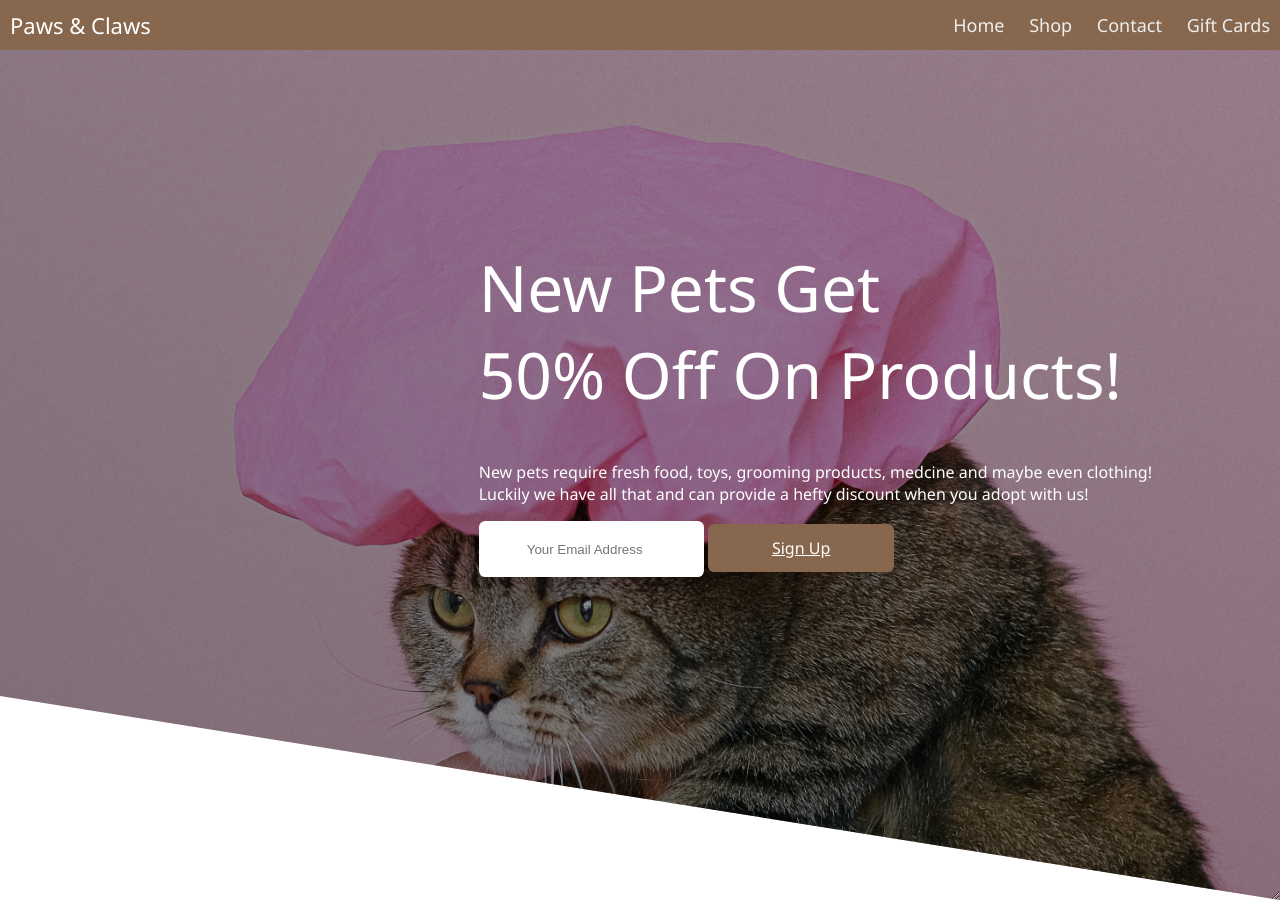
Repository: LtGriff/petProject
Page: dist/about.html
These files come from the project's save history. The page is drawn as it stood at one moment and after the next save; the edit follows.
The browser window is 1280 px wide. The pictures show the whole page.
Backgrounds fixed to the window are drawn as part of the page.

Above is the page before, as saved 2022-05-19 07:58:19.

After the next save:
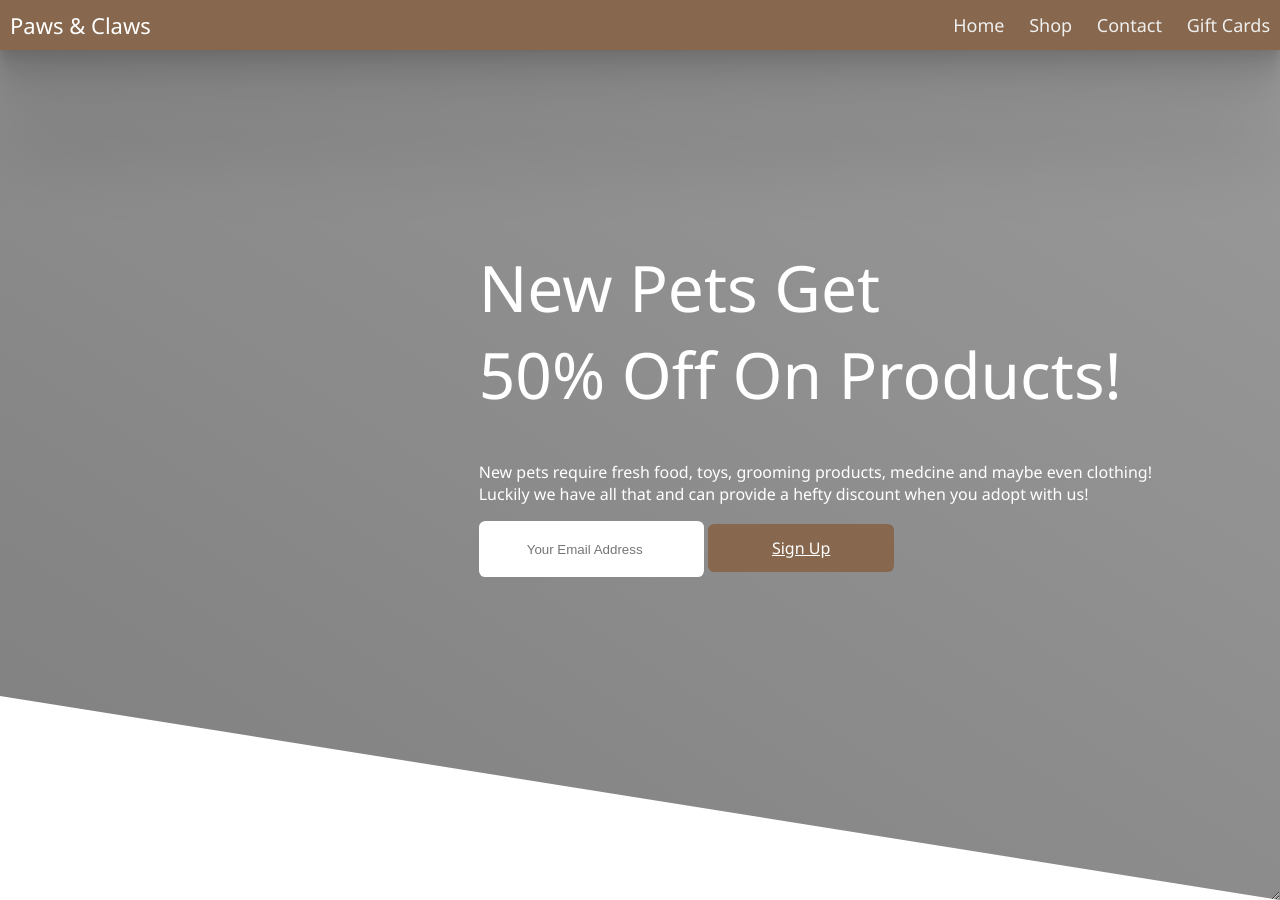
Not found: dist/img/catpink2.jpg
Saved 2 min 19 s later.
--- a/dist/CSS/about.css
+++ b/dist/CSS/about.css
@@ -76,7 +76,7 @@
         to left bottom,
         rgba(0, 0, 0, 0.4),
         rgba(0, 0, 0, 0.5)),
-    url("../img/catpink.jpg");
+    url("../img/catpink2.jpg");
     background-attachment: fixed;
     background-size: cover;
     background-repeat: no-repeat;
